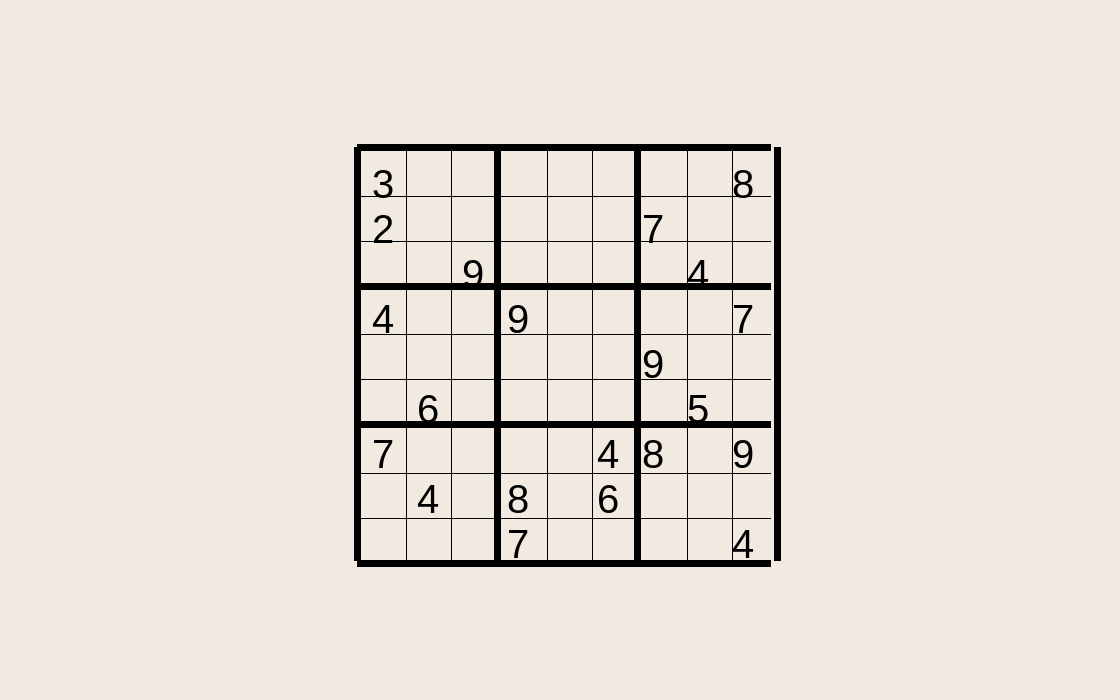
Repository: JensVL96/Puzzle-solver-for-fun
Script's output: python sudoku.py
These files come from the project's save history. The script's output is drawn as it stood at one moment and after the next save; the edit follows.
The window is shown after at most 60 frames with no key pressed. A system font it names is replaced by a similar one. Random numbers start from a fixed seed.

Above is the script's output before, as saved 2020-11-08 11:53:15.

After the next save:
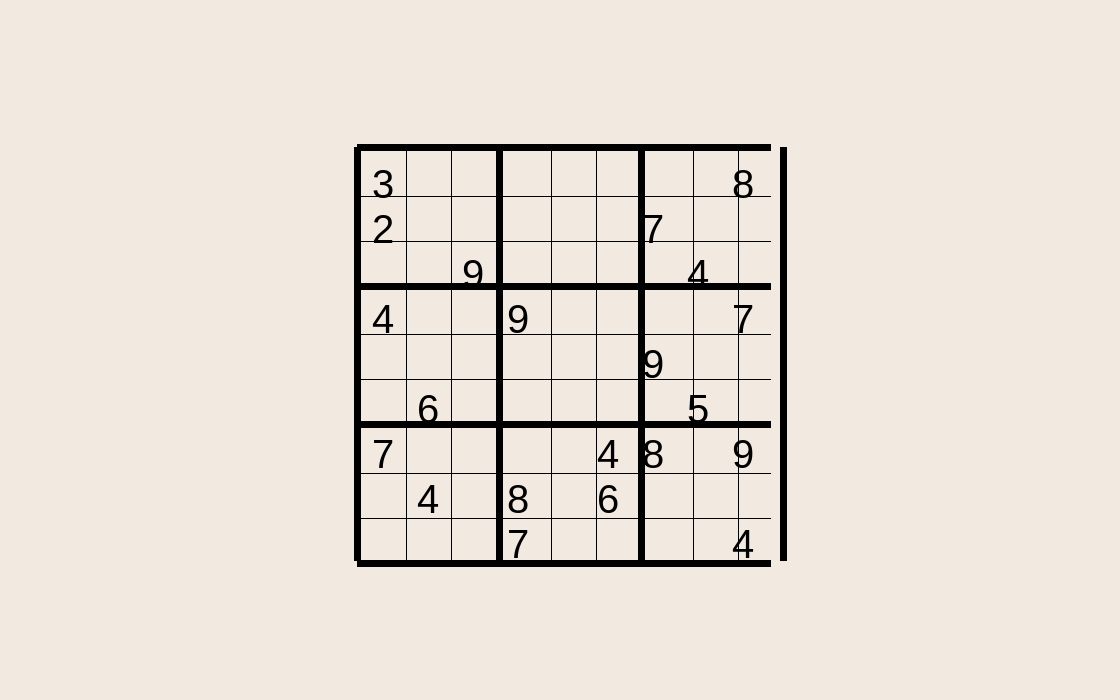
Saved 38 s later.
--- a/display_board.py
+++ b/display_board.py
@@ -83,13 +83,13 @@ class Display_board():
         pg.draw.line(self.screen, BLACK, (TOP_LX, TOP_LY), (BOT_LX, BOT_LY + 7.5), 7)
         pg.draw.line(self.screen, BLACK, (TOP_LX + 48.5, TOP_LY), (BOT_LX + 48.5, BOT_LY + 7.5), 1)
         pg.draw.line(self.screen, BLACK, (TOP_LX + 48.5 + 45, TOP_LY), (BOT_LX + 48.5 + 45, BOT_LY + 7.5), 1)
-        pg.draw.line(self.screen, BLACK, (TOP_LX + 50 + 45 + 45, TOP_LY), (BOT_LX + 50 + 45 + 45, BOT_LY + 7.5), 7)
-        pg.draw.line(self.screen, BLACK, (TOP_LX + 50 + 45 + 45 + 50, TOP_LY), (BOT_LX + 50 + 45 + 45 + 50, BOT_LY + 7.5), 1)
-        pg.draw.line(self.screen, BLACK, (TOP_LX + 50 + 45 + 45 + 50+ 45, TOP_LY), (BOT_LX + 50 + 45 + 45 + 50 + 45, BOT_LY + 7.5), 1)
-        pg.draw.line(self.screen, BLACK, (TOP_LX + 50 + 45 + 45 + 50 + 45 + 45, TOP_LY), (BOT_LX + 50 + 45 + 45 + 50 + 45 + 45, BOT_LY + 7.5), 7)
-        pg.draw.line(self.screen, BLACK, (TOP_LX + 50 + 45 + 45 + 50 + 45 + 45 + 50, TOP_LY), (BOT_LX + 50 + 45 + 45 + 50 + 45 + 45 + 50, BOT_LY + 7.5), 1)
-        pg.draw.line(self.screen, BLACK, (TOP_LX + 50 + 45 + 45 + 50 + 45 + 45 + 50 + 45, TOP_LY), (BOT_LX + 50 + 45 + 45 + 50 + 45 + 45 + 50 + 45, BOT_LY + 7.5), 1)
-        pg.draw.line(self.screen, BLACK, (TOP_LX + 50 + 45 + 45 + 50 + 45 + 45 + 50 + 45 + 45, TOP_LY), (BOT_LX + 50 + 45 + 45 + 50 + 45 + 45 + 50 + 45 + 45, BOT_LY + 7.5), 7)
+        pg.draw.line(self.screen, BLACK, (TOP_LX + 52 + 45 + 45, TOP_LY), (BOT_LX + 52 + 45 + 45, BOT_LY + 7.5), 7)
+        pg.draw.line(self.screen, BLACK, (TOP_LX + 52 + 45 + 45 + 52, TOP_LY), (BOT_LX + 52 + 45 + 45 + 52, BOT_LY + 7.5), 1)
+        pg.draw.line(self.screen, BLACK, (TOP_LX + 52 + 45 + 45 + 52+ 45, TOP_LY), (BOT_LX + 52 + 45 + 45 + 52 + 45, BOT_LY + 7.5), 1)
+        pg.draw.line(self.screen, BLACK, (TOP_LX + 52 + 45 + 45 + 52 + 45 + 45, TOP_LY), (BOT_LX + 52 + 45 + 45 + 52 + 45 + 45, BOT_LY + 7.5), 7)
+        pg.draw.line(self.screen, BLACK, (TOP_LX + 52 + 45 + 45 + 52 + 45 + 45 + 52, TOP_LY), (BOT_LX + 52 + 45 + 45 + 52 + 45 + 45 + 52, BOT_LY + 7.5), 1)
+        pg.draw.line(self.screen, BLACK, (TOP_LX + 52 + 45 + 45 + 52 + 45 + 45 + 52 + 45, TOP_LY), (BOT_LX + 52 + 45 + 45 + 52 + 45 + 45 + 52 + 45, BOT_LY + 7.5), 1)
+        pg.draw.line(self.screen, BLACK, (TOP_LX + 52 + 45 + 45 + 52 + 45 + 45 + 52 + 45 + 45, TOP_LY), (BOT_LX + 52 + 45 + 45 + 52 + 45 + 45 + 52 + 45 + 45, BOT_LY + 7.5), 7)
 
             # For candidate placement
             # if i % 3 == 0:
